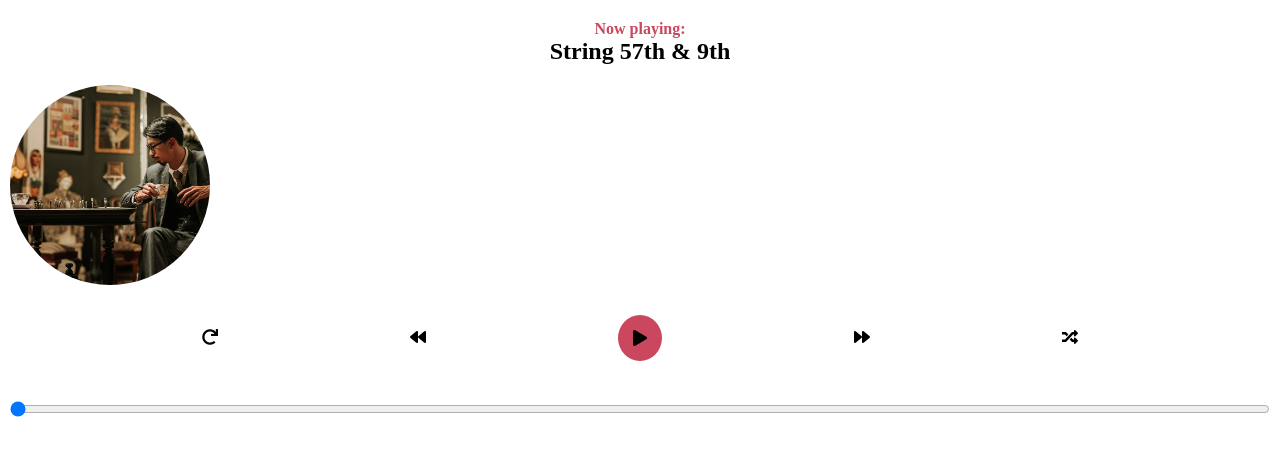
Repository: dovanthao2404/AppMusicPlayer
Page: index.html
An editor plug-in stored every save of this project. The page is shown before and after the next save, followed by the edit.
The browser window is 1280 px wide. The pictures show the whole page.

Above is the page before, as saved 2021-06-28 02:17:04.

After the next save:
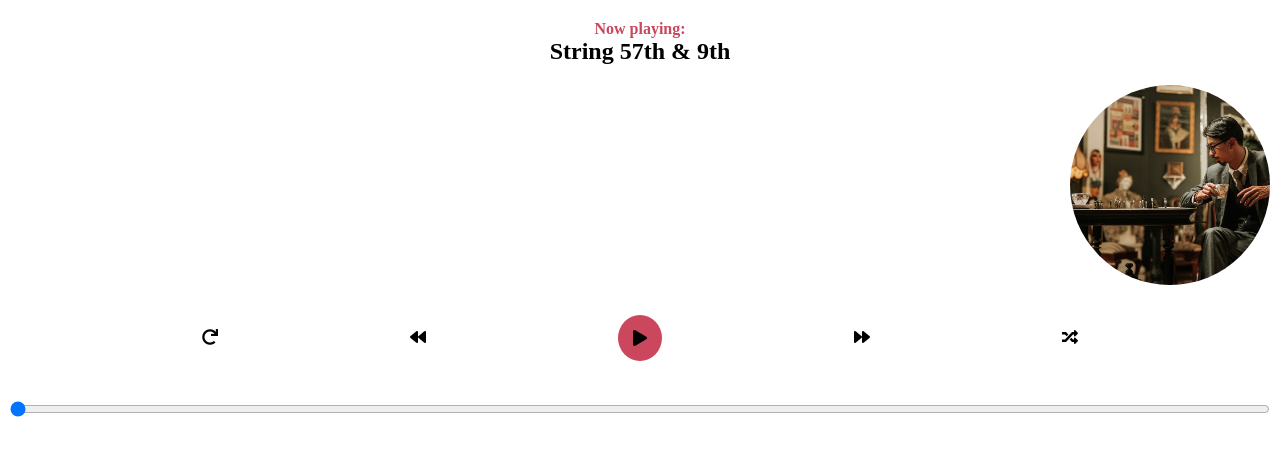
Saved 10 s later.
--- a/css/app.css
+++ b/css/app.css
@@ -22,7 +22,7 @@ header h4 {
   width: 200px;
   height: 200px;
   position: absolute;
-  left: 0;
+  /* left: 0; */
   right: 0;
 }
 .thumb img {
